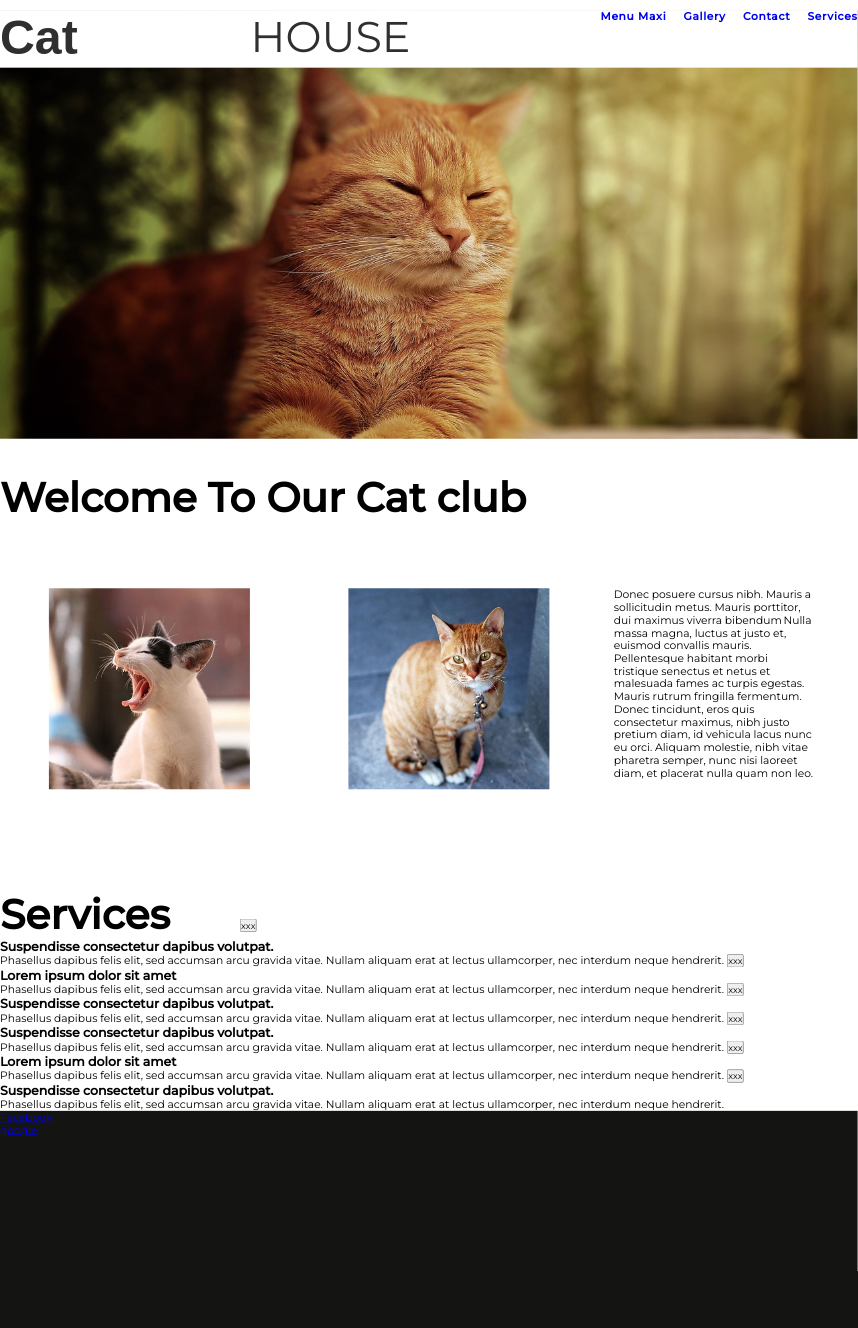
Repository: raul4264/final
Page: index.html
The author's editor kept a copy of each file at every save. The page is drawn from the files as they stood at one save, then again after the next save.
The browser window is 1280 px wide. The pictures show the whole page, at 67% of full size.

Above is the page before, as saved 2021-03-18 12:52:16.

### index.html
<!DOCTYPE html>
<html lang="en">

<head>
    <meta charset="UTF-8" />
    <meta http-equiv="X-UA-Compatible" content="IE=edge" />
    <meta name="viewport" content="width=device-width, initial-scale=1.0" />
    <title>Cat House/Raul Novas</title>
    <link href="css/estilos.css" rel="stylesheet" type="text/css" />
</head>

<body>

    <header>
        <div class="banner">


            <nav>
                <span class="item1">Cat</span><span class="item2"> HOUSE</span>


                <ul class="flex-container">
                    <li class="item3"><a href="menu_maxi.html">Menu Maxi</a></li>
                    <li class="item4"><a href="Gallery.html">Gallery</a></li>
                    <li class="item5"><a href="Contact.html">Contact</a></li>
                    <li class="item6"><a href="Services.html ">Services</a></li>
                </ul>
            </nav>
        </div>

    </header>


    <main>
        <section>
            <h2>Welcome To Our Cat club</h2>
            <div class="caja ">

                <div class="container1 ">
                    <img src="images/2.jpg " alt="imagen2 " />
                </div>

                <div class="container2 ">
                    <img src="images/3.jpg " alt="imagen3 " />
                </div>

                <span class="container3 ">
                    <span>Donec posuere cursus nibh. Mauris a sollicitudin metus. Mauris porttitor, dui maximus viverra
                        bibendum</span>
                    <span>Nulla massa magna, luctus at justo et, euismod convallis mauris. Pellentesque habitant morbi
                        tristique senectus et netus et malesuada fames ac turpis egestas. Mauris rutrum fringilla
                        fermentum.</span>
                    <span>Donec tincidunt, eros quis consectetur maximus, nibh justo pretium diam, id vehicula lacus
                        nunc eu orci. Aliquam molestie, nibh vitae pharetra semper, nunc nisi laoreet diam, et placerat
                        nulla quam non leo.</span>
                </span>
            </div>
        </section>
        <h3>
            <h2>Services</h2>
            <button>xxx</button>
            <h3>Suspendisse consectetur dapibus volutpat.</h3>
            <span>
                Phasellus dapibus felis elit, sed accumsan arcu gravida vitae. Nullam aliquam erat at lectus
                ullamcorper, nec interdum neque hendrerit.</span>
            <button>xxx</button>
            <h3>Lorem ipsum dolor sit amet</h3>
            <span>Phasellus dapibus felis elit, sed accumsan arcu gravida vitae. Nullam aliquam erat at lectus
                ullamcorper,
                nec interdum neque hendrerit.</span>
            <button>xxx</button>
            <h3>Suspendisse consectetur dapibus volutpat.</h3>
            <span>
                Phasellus dapibus felis elit, sed accumsan arcu gravida vitae. Nullam aliquam erat at lectus
                ullamcorper, nec interdum neque hendrerit.</span>
            <button>xxx</button>
            <h3>Suspendisse consectetur dapibus volutpat.</h3>
            <span>

                Phasellus dapibus felis elit, sed accumsan arcu gravida vitae. Nullam aliquam erat at lectus
                ullamcorper, nec interdum neque hendrerit.
            </span>
            <button>xxx</button>
            <h3>Lorem ipsum dolor sit amet
            </h3>
            <span>Phasellus dapibus felis elit, sed accumsan arcu gravida vitae. Nullam aliquam erat at lectus
                ullamcorper, nec interdum neque hendrerit.</span>
            <button>xxx</button>
            <h3>Suspendisse consectetur dapibus volutpat.</h3>
            <span>Phasellus dapibus felis elit, sed accumsan arcu gravida vitae. Nullam aliquam erat at lectus
                ullamcorper, nec interdum neque hendrerit.</span>
            </section>
    </main>
    <footer>
        <ol>
            <li>
                <a href="http://www.facebook.com " target="blanck ">Facebook</a>
            </li>
            <li><a href="http://www.google.com " target="blanck ">google</a></li>
        </ol>
    </footer>





</body>

</html>

### css/estilos.css
@import url('https://fonts.googleapis.com/css2?family=Montserrat:wght@400;500&display=swap');
@import url('https://fonts.googleapis.com/css2?family=Montserrat:wght@400;500&family=Poppins:wght@300&display=swap');
* {
    font-family: 'Montserrat', sans-serif;
    margin: 0 auto;
    padding: 0;
}

.banner {
    background: url(../images/1.jpg) no-repeat 0px 0px;
    background-size: cover;
    padding: 0em 0 4em;
    height: 80vh;
}

nav {
    display: flex;
    flex-direction: row;
    justify-content: space-between;
    height: 12vh;
    background-color: #ffffff;
    margin-top: 15px;
}

nav ul {
    display: flex;
}

nav ul li {
    display: flex;
    list-style: none;
}

nav ul li a {
    text-decoration: none;
}


/*---------------------------------------------------------*/

.item1 {
    color: #2f2f2f;
    font-size: 4.5em;
    font-weight: 700;
    flex-grow: 2;
    font-family: 'Raleway', sans-serif;
}

.item2 {
    color: #2f2f2f;
    font-weight: 300;
    font-size: 4em;
    flex-grow: 2;
}

.item3 {
    color: #2f2f2f !important;
    font-size: 1em;

    text-decoration: none;
    margin-left: 2vw;

    font-weight: 600;
    font-family: 'Roboto Condensed', sans-serif;
    letter-spacing: 1px;
    flex-grow: 2;

}

.item4 {
    color: #2f2f2f !important;
    font-size: 1em;

    text-decoration: none;
    padding: 0;
    font-weight: 600;
    font-family: 'Roboto Condensed', sans-serif;
    letter-spacing: 1px;
    flex-grow: 2;
    margin-left: 2vw;
}

.item5 {
    color: #2f2f2f !important;
    font-size: 1em;
    margin: 0;
    text-decoration: none;

    font-weight: 600;
    font-family: 'Roboto Condensed', sans-serif;
    letter-spacing: 1px;
    flex-grow: 1;
    margin-left: 2vw;
}

.item6 {
    color: #2f2f2f !important;
    font-size: 1em;

    text-decoration: none;
    padding: 0;
    font-weight: 600;
    font-family: 'Roboto Condensed', sans-serif;
    letter-spacing: 1px;
    flex-grow: 1;
    margin-left: 2vw;
}

.imagen {
    width: 100vw;
    z-index: 100;
    position: absolute;
    display: flex;
}

.imagen img {
    background-repeat: no-repeat;
    background-size: cover;
    width: 100vw;
    z-index: 100;
    bottom: 130px;

}



h2{
    background-color: #ffffff;
    text-align: center;
    font-size: 3.8em;
    padding-top: 7vh;
    margin-right: 100px;
    display: inline-block;
}
.caja {
    background-color: #ffffff;
    display: flex;
    height: 69vh;
    flex-direction: row;
    justify-content: space-around;
    align-items: center;
    overflow: ;
}
h1 {
    margin-left: 20vw;
}
.container1 {
    width: 400px;
    height: 300px;

}
.container2 {
    width: 400px;
    height: 300px;


}
img {
    width: 100%;
    height: 100%;
    object-fit: contain;
}
.container3 {
    width: 300px;
    height: 300px;
    margin-right: 5vw;
    font-size: 10px
}
.container3 span{
   font-size: medium;
}

section #section {
    width: 100vw;
    height: 70vh;
    background-color: darkorange;
    position: absolute;
    top: 139vh;
}

footer {

    height: 45vh;
    background-color: rgb(20, 20, 19);

    top: 249vh;
}

After the next save:
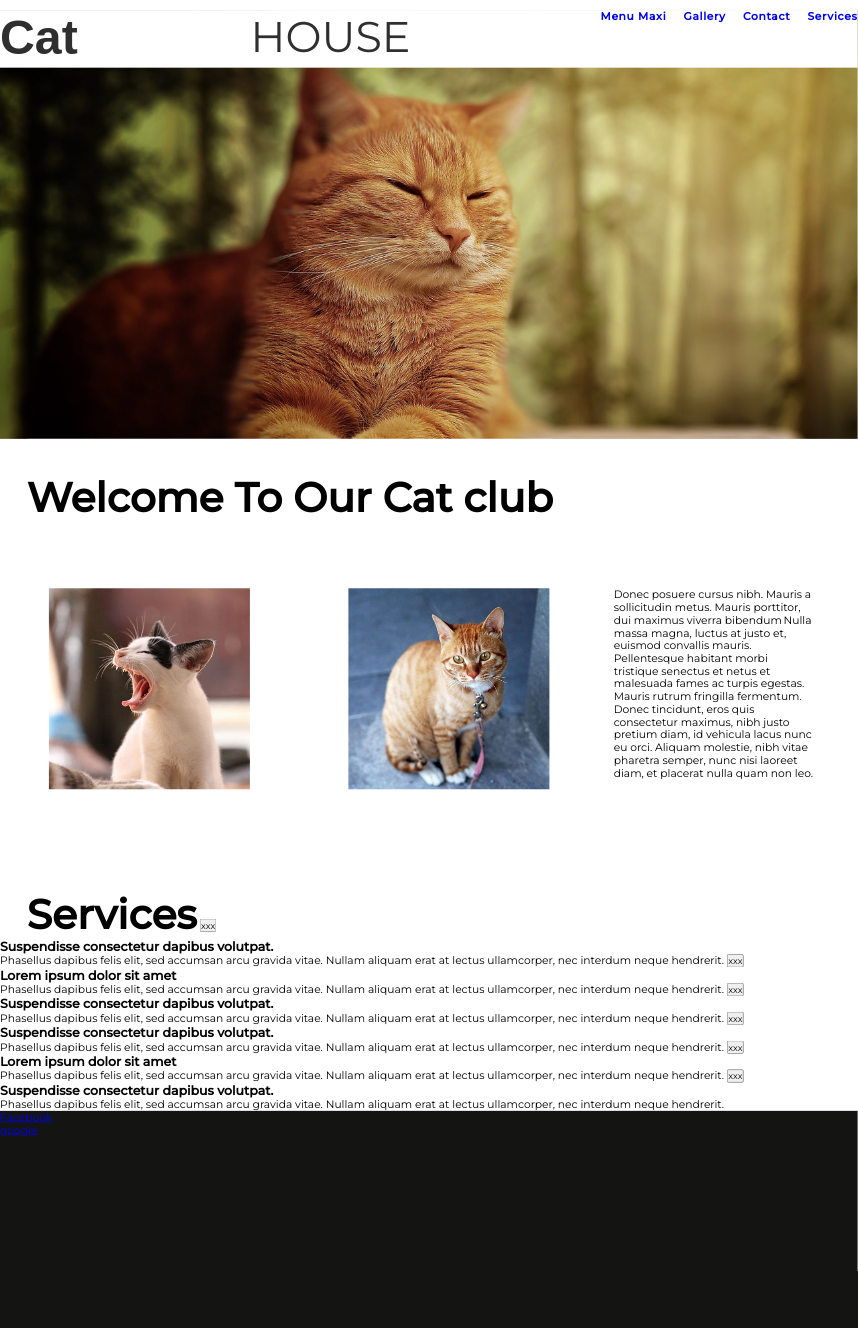
Saved 22 s later.
--- a/css/estilos.css
+++ b/css/estilos.css
@@ -129,7 +129,7 @@ h2{
     text-align: center;
     font-size: 3.8em;
     padding-top: 7vh;
-    margin-right: 100px;
+    margin-left: 40px;
     display: inline-block;
 }
 .caja {
